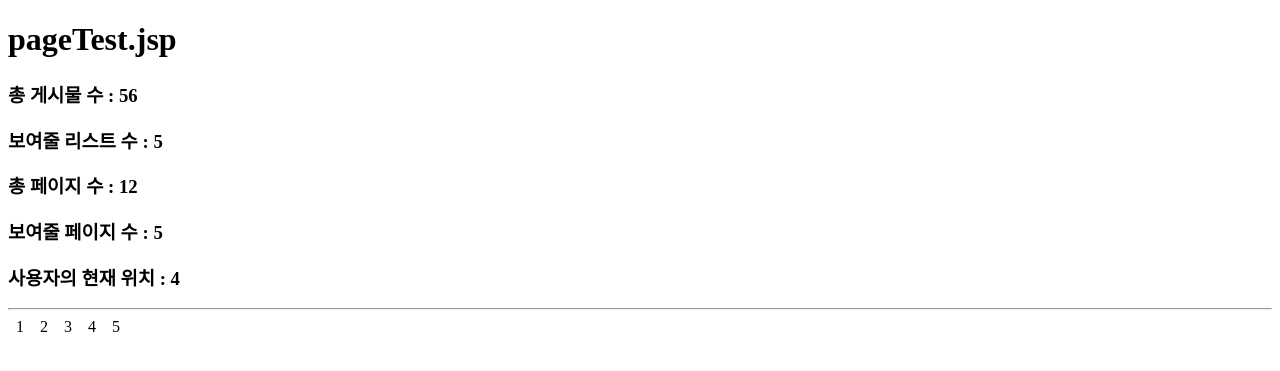
Repository: Rege-97/test
Page: http://localhost/myweb/pageTest.jsp
The author's editor kept a copy of each file at every save. The page is drawn from the files as they stood at one save, then again after a run of saves.
The browser window is 1280 px wide. The pictures show the whole page.
The page is served by Tomcat 9.

Above is the page before, as saved 2025-03-24 03:34:45.

After the next 3 saves:
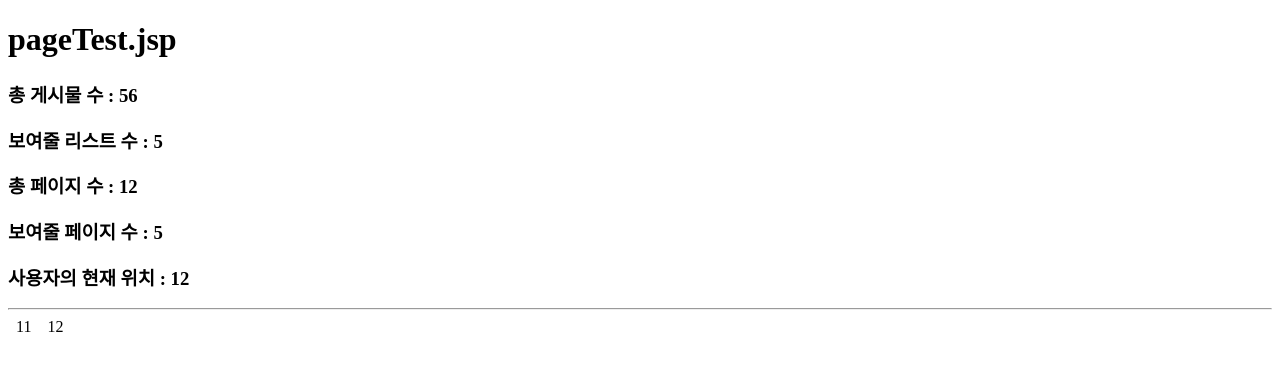
The 3 saves are shown as one change because they came seconds apart.
The last was saved 83 s later.
--- a/myweb/src/main/webapp/pageTest.jsp
+++ b/myweb/src/main/webapp/pageTest.jsp
@@ -16,7 +16,7 @@
 int pageSize = 5;
 
 //사용자의 현재 위치
-int cp = 4;
+int cp = 12;
 
 // 총 페이지 수
 int totalPage = (totalCnt / listSize) + 1;
@@ -38,6 +38,9 @@
 	<%
 	for (int i = (userGroup * pageSize + 1); i <= (userGroup * pageSize + pageSize); i++) {
 	%>&nbsp;&nbsp;<%=i%>&nbsp;&nbsp;<%
+	if (i == totalPage) {
+		break;
+	}
 	}
 	%>
 </body>
